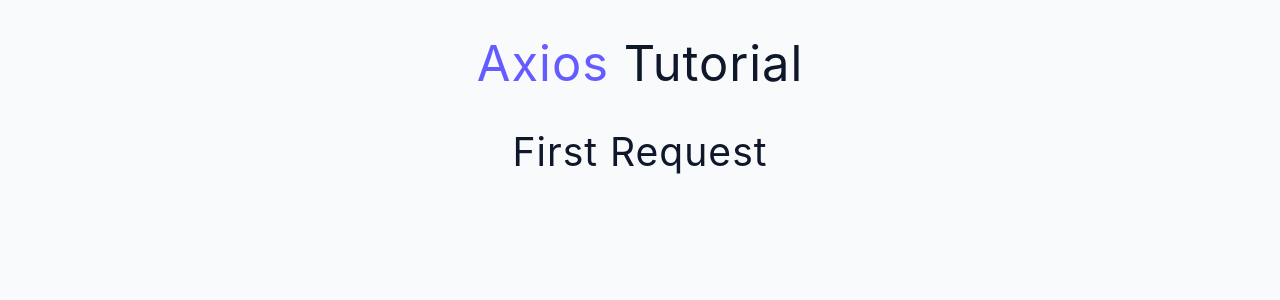
Repository: Mayup030/Mern-Axios
Page: /
The author's editor kept a copy of each file at every save. The page is drawn from the files as they stood at one save, then again after the next save.
The browser window is 1280 px wide. The pictures show the whole page.
The page's requests for data from a server got no answer. The project was rebuilt for these pictures with package versions that can differ from the ones it lists, and the page was loaded fresh each time. No one was signed in, and anything a server would have sent is missing.

Above is the page before, as saved 2022-04-03 14:00:53.

### src/App.js
import Title from "./components/Title";
import Setup from "../src/examples/1-first-request";
function App() {
  return (
    <main>
      <Title />
      <Setup />
    </main>
  );
}

export default App;

### src/examples/1-first-request.js
import { useEffect } from "react";
import axios from "axios";
// limit, if 429 wait for 15 min and try again
const url = "https://course-api.com/react-store-products"; //server

const FirstRequest = () => {
  const fetchData = async () => {
    try {
      const response = await axios(url);
      console.log(response);
    } catch (error) {
      console.log(error.response);
    }
  };

  useEffect(() => {
    fetchData();
  }, []);

  return <h2 className="text-center">first request</h2>;
};
export default FirstRequest;

Loaded but not shown: public/index.html (common file); src/index.js (common file); src/index.css (common file); src/components/Title.js (common file); src/examples/2-headers.js (common file)

After the next save:
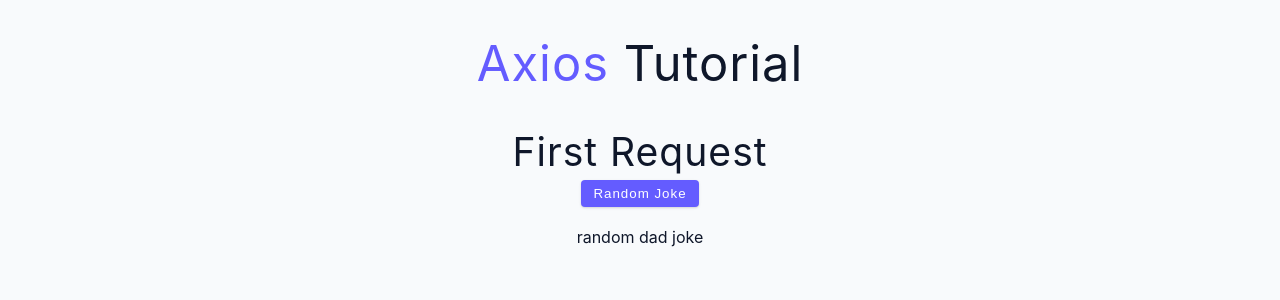
Saved 39 min 31 s later.
--- a/src/App.js
+++ b/src/App.js
@@ -1,10 +1,12 @@
 import Title from "./components/Title";
 import Setup from "../src/examples/1-first-request";
+import Headers from "./examples/2-headers";
 function App() {
   return (
     <main>
       <Title />
       <Setup />
+      <Headers />
     </main>
   );
 }
